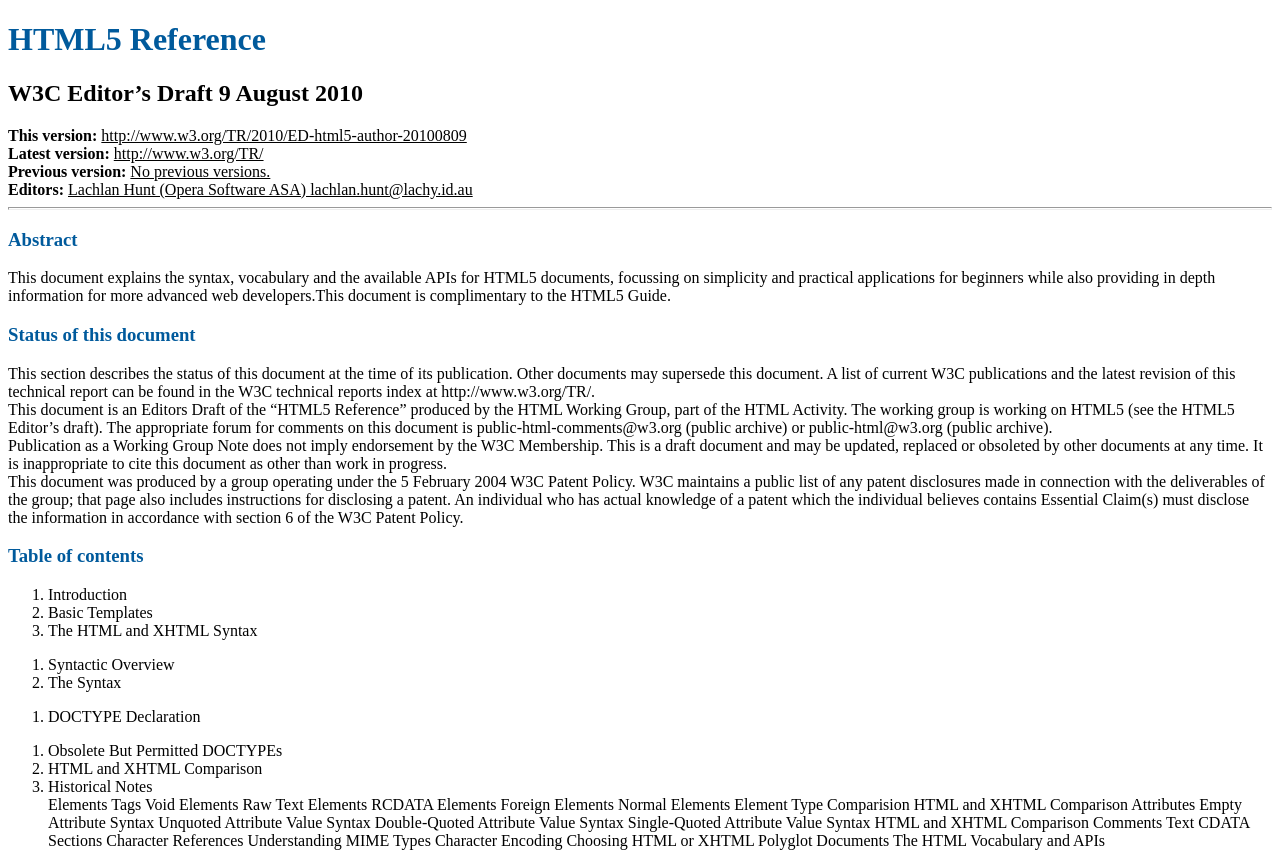
Repository: sinsujung/client
Page: ClientTest/src/main/webapp/문제/ex05.html
The author's editor kept a copy of each file at every save. The page is drawn from the files as they stood at one save, then again after the next save.
The browser window is 1280 px wide. The pictures show the whole page.

Above is the page before, as saved 2023-09-20 08:26:47.

### ClientTest/src/main/webapp/문제/ex05.html
<!DOCTYPE html>
<html>
<head>
<meta charset="UTF-8">
<title>Insert title here</title>
</head>
<body>
<h1><font color="#005A9C">HTML5 Reference</font></h1>
<h2>W3C Editor’s Draft 9 August 2010</h2>
<strong>This version:</strong>
<u>http://www.w3.org/TR/2010/ED-html5-author-20100809</u>
<br>
<strong>Latest version:</strong>
<u>http://www.w3.org/TR/</u>
<br>
<strong>Previous version:</strong>
<u>No previous versions.</u>
<br>
<strong>Editors:</strong>
<u>Lachlan Hunt (Opera Software ASA) lachlan.hunt@lachy.id.au</u>
<br>
<hr size = "3">
<h3><font color="#005A9C">Abstract</font></h3>
This document explains the syntax, vocabulary and the available APIs for HTML5 documents, focussing on simplicity and practical applications for beginners while also providing in depth information for more advanced web developers.This document is complimentary to the HTML5 Guide.
<br>
<h3><font color="#005A9C">Status of this document</font></h3>
This section describes the status of this document at the time of its publication. Other documents may supersede this document. A list of current W3C publications and the latest revision of this technical report can be found in the W3C technical reports index at http://www.w3.org/TR/.
<br>
This document is an Editors Draft of the “HTML5 Reference” produced by the HTML Working Group, part of the HTML Activity. The working group is working on HTML5 (see the HTML5 Editor’s draft). The appropriate forum for comments on this document is public-html-comments@w3.org (public archive) or public-html@w3.org (public archive).
<br>
Publication as a Working Group Note does not imply endorsement by the W3C Membership. This is a draft document and may be updated, replaced or obsoleted by other documents at any time. It is inappropriate to cite this document as other than work in progress.
<br>
This document was produced by a group operating under the 5 February 2004 W3C Patent Policy. W3C maintains a public list of any patent disclosures made in connection with the deliverables of the group; that page also includes instructions for disclosing a patent. An individual who has actual knowledge of a patent which the individual believes contains Essential Claim(s) must disclose the information in accordance with section 6 of the W3C Patent Policy.
<br>
<h3><font color="#005A9C">Table of contents</font></h3>
<ol>
	<li>Introduction</li>
	<li>Basic Templates</li>
	<li>The HTML and XHTML Syntax </li>
	</ol>
	<ol>
	<li>Syntactic Overview</li>
	<li>The Syntax</li>
	</ol>
	<ol>
	<li>DOCTYPE Declaration</li>
</ol>
<ol>
	<li>Obsolete But Permitted DOCTYPEs</li>
	<li>HTML and XHTML Comparison</li>
	<li>Historical Notes</li>
Elements
Tags
Void Elements
Raw Text Elements
RCDATA Elements
Foreign Elements
Normal Elements
Element Type Comparision
HTML and XHTML Comparison
Attributes
Empty Attribute Syntax
Unquoted Attribute Value Syntax
Double-Quoted Attribute Value Syntax
Single-Quoted Attribute Value Syntax
HTML and XHTML Comparison
Comments
Text
CDATA Sections
Character References
Understanding MIME Types
Character Encoding
Choosing HTML or XHTML
Polyglot Documents
The HTML Vocabulary and APIs
</ol>
</body>
</html>

After the next save:
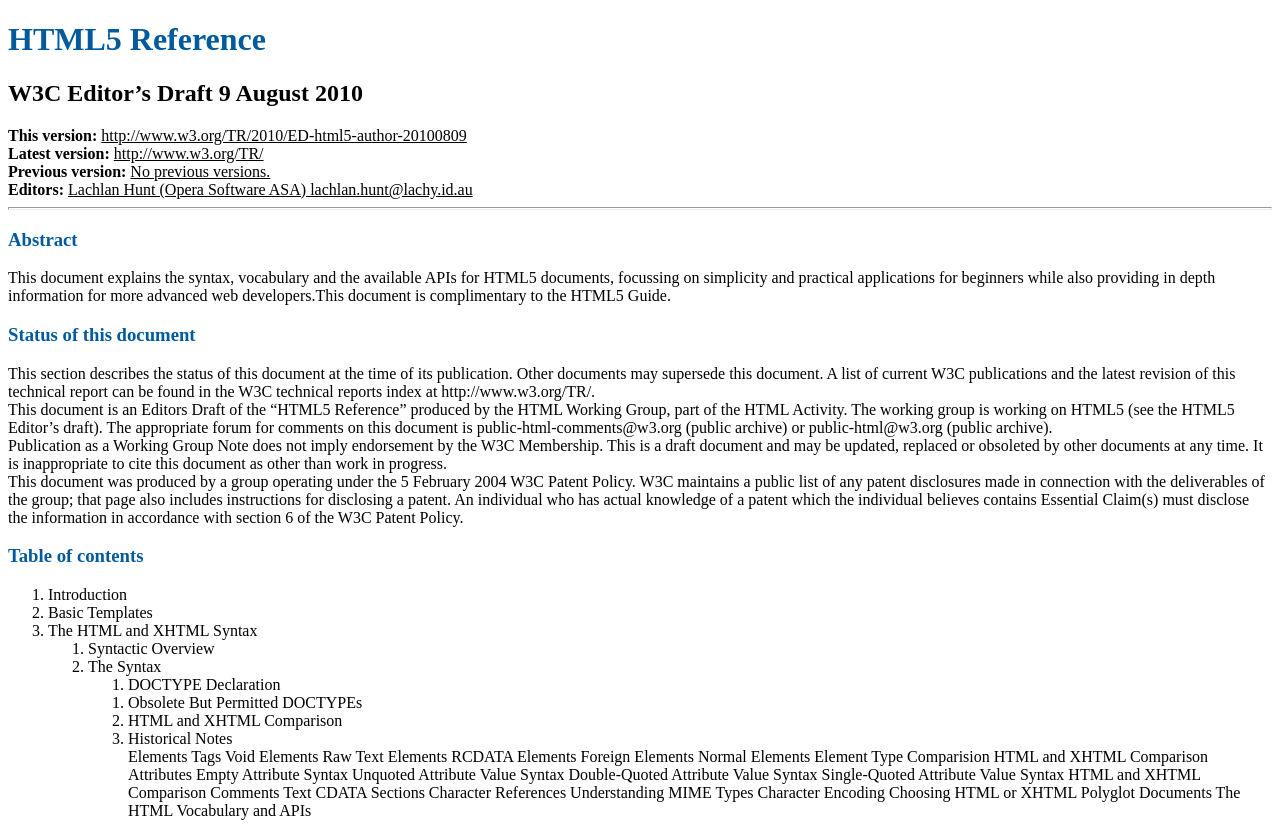
Saved 47 s later.
--- a/ClientTest/src/main/webapp/문제/ex05.html
+++ b/ClientTest/src/main/webapp/문제/ex05.html
@@ -34,16 +34,14 @@ This document was produced by a group operating under the 5 February 2004 W3C Pa
 <br>
 <h3><font color="#005A9C">Table of contents</font></h3>
 <ol>
-	<li>Introduction</li>
-	<li>Basic Templates</li>
-	<li>The HTML and XHTML Syntax </li>
-	</ol>
-	<ol>
-	<li>Syntactic Overview</li>
-	<li>The Syntax</li>
-	</ol>
-	<ol>
-	<li>DOCTYPE Declaration</li>
+<li>Introduction</li>
+<li>Basic Templates</li>
+<li>The HTML and XHTML Syntax </li>
+<ol>
+<li>Syntactic Overview</li>
+<li>The Syntax</li>
+<ol>
+<li>DOCTYPE Declaration</li>
 </ol>
 <ol>
 	<li>Obsolete But Permitted DOCTYPEs</li>
